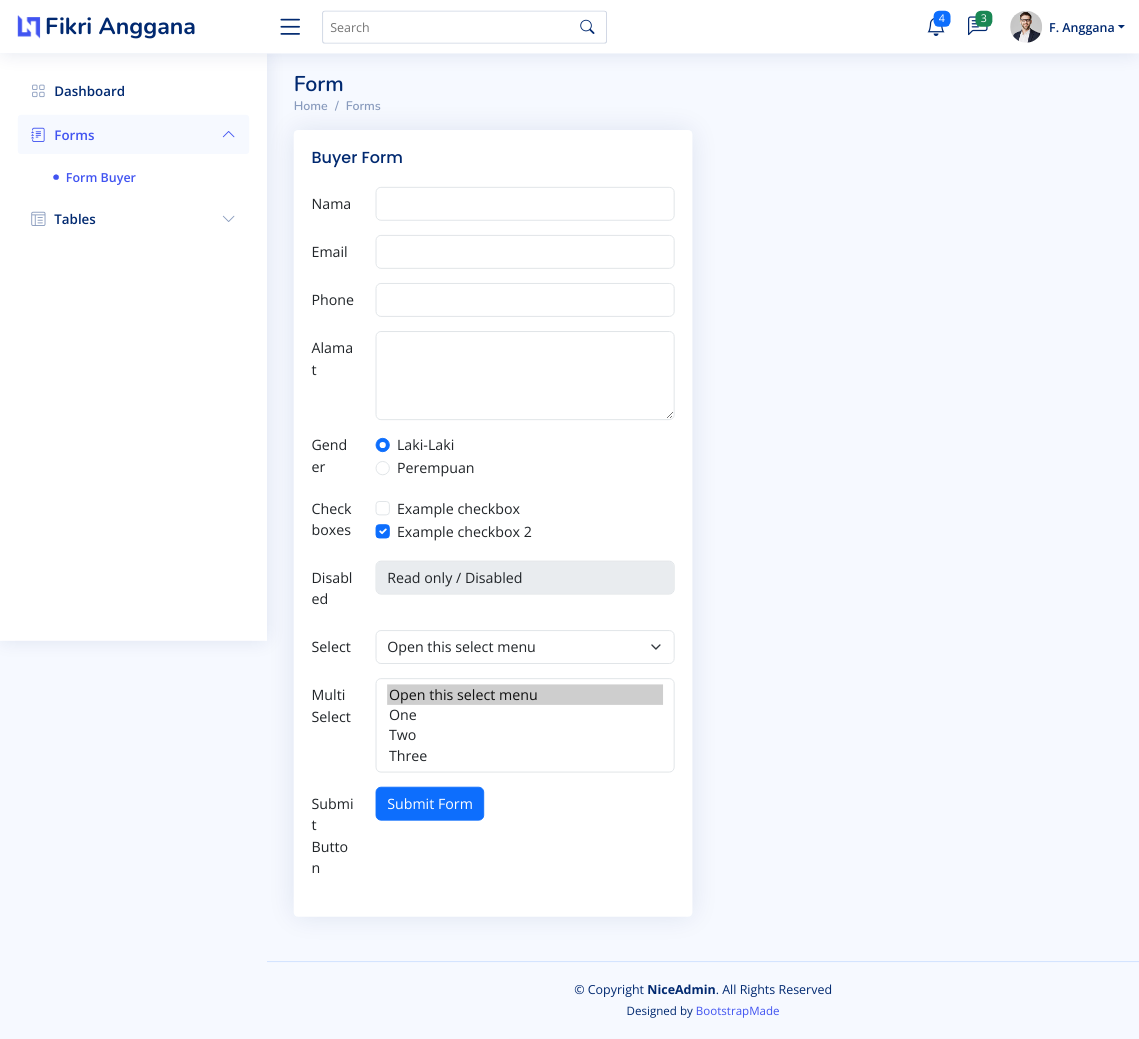
Repository: fikrianggana/PRG4_M2_P1_088
Page: NiceAdmin/forms-elements.html
These files come from the project's save history. The page is drawn as it stood at one moment and after the next save; the edit follows.
The browser window is 1280 px wide. The pictures show the whole page, at 89% of full size.

Above is the page before, as saved 2023-09-19 23:33:10.

### NiceAdmin/forms-elements.html
<!DOCTYPE html>
<html lang="en">

<head>
  <meta charset="utf-8">
  <meta content="width=device-width, initial-scale=1.0" name="viewport">

  <title>Forms / Elements - NiceAdmin Bootstrap Template</title>
  <meta content="" name="description">
  <meta content="" name="keywords">

  <!-- Favicons -->
  <link href="assets/img/favicon.png" rel="icon">
  <link href="assets/img/apple-touch-icon.png" rel="apple-touch-icon">

  <!-- Google Fonts -->
  <link href="https://fonts.gstatic.com" rel="preconnect">
  <link href="https://fonts.googleapis.com/css?family=Open+Sans:300,300i,400,400i,600,600i,700,700i|Nunito:300,300i,400,400i,600,600i,700,700i|Poppins:300,300i,400,400i,500,500i,600,600i,700,700i" rel="stylesheet">

  <!-- Vendor CSS Files -->
  <link href="assets/vendor/bootstrap/css/bootstrap.min.css" rel="stylesheet">
  <link href="assets/vendor/bootstrap-icons/bootstrap-icons.css" rel="stylesheet">
  <link href="assets/vendor/boxicons/css/boxicons.min.css" rel="stylesheet">
  <link href="assets/vendor/quill/quill.snow.css" rel="stylesheet">
  <link href="assets/vendor/quill/quill.bubble.css" rel="stylesheet">
  <link href="assets/vendor/remixicon/remixicon.css" rel="stylesheet">
  <link href="assets/vendor/simple-datatables/style.css" rel="stylesheet">

  <!-- Template Main CSS File -->
  <link href="assets/css/style.css" rel="stylesheet">

  <!-- =======================================================
  * Template Name: NiceAdmin
  * Updated: Aug 30 2023 with Bootstrap v5.3.1
  * Template URL: https://bootstrapmade.com/nice-admin-bootstrap-admin-html-template/
  * Author: BootstrapMade.com
  * License: https://bootstrapmade.com/license/
  ======================================================== -->
</head>

<body>

  <!-- ======= Header ======= -->
  <header id="header" class="header fixed-top d-flex align-items-center">

    <div class="d-flex align-items-center justify-content-between">
      <a href="index.html" class="logo d-flex align-items-center">
        <img src="assets/img/logo.png" alt="">
        <span class="d-none d-lg-block">Fikri Anggana</span>
      </a>
      <i class="bi bi-list toggle-sidebar-btn"></i>
    </div><!-- End Logo -->

    <div class="search-bar">
      <form class="search-form d-flex align-items-center" method="POST" action="#">
        <input type="text" name="query" placeholder="Search" title="Enter search keyword">
        <button type="submit" title="Search"><i class="bi bi-search"></i></button>
      </form>
    </div><!-- End Search Bar -->

    <nav class="header-nav ms-auto">
      <ul class="d-flex align-items-center">

        <li class="nav-item d-block d-lg-none">
          <a class="nav-link nav-icon search-bar-toggle " href="#">
            <i class="bi bi-search"></i>
          </a>
        </li><!-- End Search Icon-->

        <li class="nav-item dropdown">

          <a class="nav-link nav-icon" href="#" data-bs-toggle="dropdown">
            <i class="bi bi-bell"></i>
            <span class="badge bg-primary badge-number">4</span>
          </a><!-- End Notification Icon -->

          <ul class="dropdown-menu dropdown-menu-end dropdown-menu-arrow notifications">
            <li class="dropdown-header">
              You have 4 new notifications
              <a href="#"><span class="badge rounded-pill bg-primary p-2 ms-2">View all</span></a>
            </li>
            <li>
              <hr class="dropdown-divider">
            </li>

            <li class="notification-item">
              <i class="bi bi-exclamation-circle text-warning"></i>
              <div>
                <h4>Lorem Ipsum</h4>
                <p>Quae dolorem earum veritatis oditseno</p>
                <p>30 min. ago</p>
              </div>
            </li>

            <li>
              <hr class="dropdown-divider">
            </li>

            <li class="notification-item">
              <i class="bi bi-x-circle text-danger"></i>
              <div>
                <h4>Atque rerum nesciunt</h4>
                <p>Quae dolorem earum veritatis oditseno</p>
                <p>1 hr. ago</p>
              </div>
            </li>

            <li>
              <hr class="dropdown-divider">
            </li>

            <li class="notification-item">
              <i class="bi bi-check-circle text-success"></i>
              <div>
                <h4>Sit rerum fuga</h4>
                <p>Quae dolorem earum veritatis oditseno</p>
                <p>2 hrs. ago</p>
              </div>
            </li>

            <li>
              <hr class="dropdown-divider">
            </li>

            <li class="notification-item">
              <i class="bi bi-info-circle text-primary"></i>
              <div>
                <h4>Dicta reprehenderit</h4>
                <p>Quae dolorem earum veritatis oditseno</p>
                <p>4 hrs. ago</p>
              </div>
            </li>

            <li>
              <hr class="dropdown-divider">
            </li>
            <li class="dropdown-footer">
              <a href="#">Show all notifications</a>
            </li>

          </ul><!-- End Notification Dropdown Items -->

        </li><!-- End Notification Nav -->

        <li class="nav-item dropdown">

          <a class="nav-link nav-icon" href="#" data-bs-toggle="dropdown">
            <i class="bi bi-chat-left-text"></i>
            <span class="badge bg-success badge-number">3</span>
          </a><!-- End Messages Icon -->

          <ul class="dropdown-menu dropdown-menu-end dropdown-menu-arrow messages">
            <li class="dropdown-header">
              You have 3 new messages
              <a href="#"><span class="badge rounded-pill bg-primary p-2 ms-2">View all</span></a>
            </li>
            <li>
              <hr class="dropdown-divider">
            </li>

            <li class="message-item">
              <a href="#">
                <img src="assets/img/messages-1.jpg" alt="" class="rounded-circle">
                <div>
                  <h4>Maria Hudson</h4>
                  <p>Velit asperiores et ducimus soluta repudiandae labore officia est ut...</p>
                  <p>4 hrs. ago</p>
                </div>
              </a>
            </li>
            <li>
              <hr class="dropdown-divider">
            </li>

            <li class="message-item">
              <a href="#">
                <img src="assets/img/messages-2.jpg" alt="" class="rounded-circle">
                <div>
                  <h4>Anna Nelson</h4>
                  <p>Velit asperiores et ducimus soluta repudiandae labore officia est ut...</p>
                  <p>6 hrs. ago</p>
                </div>
              </a>
            </li>
            <li>
              <hr class="dropdown-divider">
            </li>

            <li class="message-item">
              <a href="#">
                <img src="assets/img/messages-3.jpg" alt="" class="rounded-circle">
                <div>
                  <h4>David Muldon</h4>
                  <p>Velit asperiores et ducimus soluta repudiandae labore officia est ut...</p>
                  <p>8 hrs. ago</p>
                </div>
              </a>
            </li>
            <li>
              <hr class="dropdown-divider">
            </li>

            <li class="dropdown-footer">
              <a href="#">Show all messages</a>
            </li>

          </ul><!-- End Messages Dropdown Items -->

        </li><!-- End Messages Nav -->

        <li class="nav-item dropdown pe-3">

          <a class="nav-link nav-profile d-flex align-items-center pe-0" href="#" data-bs-toggle="dropdown">
            <img src="assets/img/profile-img.jpg" alt="Profile" class="rounded-circle">
            <span class="d-none d-md-block dropdown-toggle ps-2">F. Anggana</span>
          </a><!-- End Profile Iamge Icon -->

          <ul class="dropdown-menu dropdown-menu-end dropdown-menu-arrow profile">
            <li class="dropdown-header">
              <h6>Fikri Anggana</h6>
              <span>Network Engineer</span>
            </li>
            <li>
              <hr class="dropdown-divider">
            </li>

            <li>
              <a class="dropdown-item d-flex align-items-center" href="users-profile.html">
                <i class="bi bi-person"></i>
                <span>My Profile</span>
              </a>
            </li>
            <li>
              <hr class="dropdown-divider">
            </li>

            <li>
              <a class="dropdown-item d-flex align-items-center" href="users-profile.html">
                <i class="bi bi-gear"></i>
                <span>Account Settings</span>
              </a>
            </li>
            <li>
              <hr class="dropdown-divider">
            </li>

            <li>
              <a class="dropdown-item d-flex align-items-center" href="pages-faq.html">
                <i class="bi bi-question-circle"></i>
                <span>Need Help?</span>
              </a>
            </li>
            <li>
              <hr class="dropdown-divider">
            </li>

            <li>
              <a class="dropdown-item d-flex align-items-center" href="#">
                <i class="bi bi-box-arrow-right"></i>
                <span>Sign Out</span>
              </a>
            </li>

          </ul><!-- End Profile Dropdown Items -->
        </li><!-- End Profile Nav -->

      </ul>
    </nav><!-- End Icons Navigation -->

  </header><!-- End Header -->

  <!-- ======= Sidebar ======= -->
  <aside id="sidebar" class="sidebar">

    <ul class="sidebar-nav" id="sidebar-nav">

      <li class="nav-item">
        <a class="nav-link collapsed" href="index.html">
          <i class="bi bi-grid"></i>
          <span>Dashboard</span>
        </a>
      </li><!-- End Dashboard Nav -->


      <li class="nav-item">
        <a class="nav-link " data-bs-target="#forms-nav" data-bs-toggle="collapse" href="#">
          <i class="bi bi-journal-text"></i><span>Forms</span><i class="bi bi-chevron-down ms-auto"></i>
        </a>
        <ul id="forms-nav" class="nav-content collapse show" data-bs-parent="#sidebar-nav">
          <li>
            <a href="forms-elements.html" class="active">
              <i class="bi bi-circle"></i><span>Form Buyer</span>
            </a>
          </li>
        </ul>
      </li><!-- End Forms Nav -->

      <li class="nav-item">
        <a class="nav-link collapsed" data-bs-target="#tables-nav" data-bs-toggle="collapse" href="#">
          <i class="bi bi-layout-text-window-reverse"></i><span>Tables</span><i class="bi bi-chevron-down ms-auto"></i>
        </a>
        <ul id="tables-nav" class="nav-content collapse " data-bs-parent="#sidebar-nav">

          <li>
            <a href="tables-data.html">
              <i class="bi bi-circle"></i><span>Data Tables</span>
            </a>
          </li>
        </ul>
      </li><!-- End Tables Nav -->
    </ul>

  </aside><!-- End Sidebar-->

  <main id="main" class="main">

    <div class="pagetitle">
      <h1>Form</h1>
      <nav>
        <ol class="breadcrumb">
          <li class="breadcrumb-item"><a href="index.html">Home</a></li>
          <li class="breadcrumb-item">Forms</li>
        </ol>
      </nav>
    </div><!-- End Page Title -->

    <section class="section">
      <div class="row">
        <div class="col-lg-6">

          <div class="card">
            <div class="card-body">
              <h5 class="card-title">Buyer Form</h5>

              <!-- General Form Elements -->
              <form>
                <div class="row mb-3">
                  <label for="inputText" class="col-sm-2 col-form-label">Nama</label>
                  <div class="col-sm-10">
                    <input type="text" class="form-control">
                  </div>
                </div>
                <div class="row mb-3">
                  <label for="inputPassword" class="col-sm-2 col-form-label">Email</label>
                  <div class="col-sm-10">
                    <input type="password" class="form-control">
                  </div>
                </div>
                <div class="row mb-3">
                  <label for="inputNumber" class="col-sm-2 col-form-label">Phone</label>
                  <div class="col-sm-10">
                    <input type="number" class="form-control">
                  </div>
                </div>
                <div class="row mb-3">
                  <label for="inputPassword" class="col-sm-2 col-form-label">Alamat</label>
                  <div class="col-sm-10">
                    <textarea class="form-control" style="height: 100px"></textarea>
                  </div>
                </div>
                <fieldset class="row mb-3">
                  <legend class="col-form-label col-sm-2 pt-0">Gender</legend>
                  <div class="col-sm-10">
                    <div class="form-check">
                      <input class="form-check-input" type="radio" name="gridRadios" id="Laki-Laki" value="Laki-Laki" checked>
                      <label class="form-check-label" for="gridRadios1">
                        Laki-Laki
                      </label>
                    </div>
                    <div class="form-check">
                      <input class="form-check-input" type="radio" name="gridRadios" id="Perempuan" value="Perempuan">
                      <label class="form-check-label" for="gridRadios2">
                        Perempuan
                      </label>
                    </div>
                  </div>
                </fieldset>
                <div class="row mb-3">
                  <legend class="col-form-label col-sm-2 pt-0">Checkboxes</legend>
                  <div class="col-sm-10">

                    <div class="form-check">
                      <input class="form-check-input" type="checkbox" id="gridCheck1">
                      <label class="form-check-label" for="gridCheck1">
                        Example checkbox
                      </label>
                    </div>

                    <div class="form-check">
                      <input class="form-check-input" type="checkbox" id="gridCheck2" checked>
                      <label class="form-check-label" for="gridCheck2">
                        Example checkbox 2
                      </label>
                    </div>

                  </div>
                </div>

                <div class="row mb-3">
                  <label class="col-sm-2 col-form-label">Disabled</label>
                  <div class="col-sm-10">
                    <input type="text" class="form-control" value="Read only / Disabled" disabled>
                  </div>
                </div>

                <div class="row mb-3">
                  <label class="col-sm-2 col-form-label">Select</label>
                  <div class="col-sm-10">
                    <select class="form-select" aria-label="Default select example">
                      <option selected>Open this select menu</option>
                      <option value="1">One</option>
                      <option value="2">Two</option>
                      <option value="3">Three</option>
                    </select>
                  </div>
                </div>

                <div class="row mb-3">
                  <label class="col-sm-2 col-form-label">Multi Select</label>
                  <div class="col-sm-10">
                    <select class="form-select" multiple aria-label="multiple select example">
                      <option selected>Open this select menu</option>
                      <option value="1">One</option>
                      <option value="2">Two</option>
                      <option value="3">Three</option>
                    </select>
                  </div>
                </div>

                <div class="row mb-3">
                  <label class="col-sm-2 col-form-label">Submit Button</label>
                  <div class="col-sm-10">
                    <button type="submit" class="btn btn-primary">Submit Form</button>
                  </div>
                </div>

              </form><!-- End General Form Elements -->

            </div>
          </div>
        </div>
      </div>
    </section>

  </main><!-- End #main -->

  <!-- ======= Footer ======= -->
  <footer id="footer" class="footer">
    <div class="copyright">
      &copy; Copyright <strong><span>NiceAdmin</span></strong>. All Rights Reserved
    </div>
    <div class="credits">
      <!-- All the links in the footer should remain intact. -->
      <!-- You can delete the links only if you purchased the pro version. -->
      <!-- Licensing information: https://bootstrapmade.com/license/ -->
      <!-- Purchase the pro version with working PHP/AJAX contact form: https://bootstrapmade.com/nice-admin-bootstrap-admin-html-template/ -->
      Designed by <a href="https://bootstrapmade.com/">BootstrapMade</a>
    </div>
  </footer><!-- End Footer -->

  <a href="#" class="back-to-top d-flex align-items-center justify-content-center"><i class="bi bi-arrow-up-short"></i></a>

  <!-- Vendor JS Files -->
  <script src="assets/vendor/apexcharts/apexcharts.min.js"></script>
  <script src="assets/vendor/bootstrap/js/bootstrap.bundle.min.js"></script>
  <script src="assets/vendor/chart.js/chart.umd.js"></script>
  <script src="assets/vendor/echarts/echarts.min.js"></script>
  <script src="assets/vendor/quill/quill.min.js"></script>
  <script src="assets/vendor/simple-datatables/simple-datatables.js"></script>
  <script src="assets/vendor/tinymce/tinymce.min.js"></script>
  <script src="assets/vendor/php-email-form/validate.js"></script>

  <!-- Template Main JS File -->
  <script src="assets/js/main.js"></script>

</body>

</html>

Loaded but not shown: NiceAdmin/assets/vendor/bootstrap/css/bootstrap.min.css (library); NiceAdmin/assets/vendor/bootstrap-icons/bootstrap-icons.css (library); NiceAdmin/assets/vendor/boxicons/css/boxicons.min.css (library); NiceAdmin/assets/vendor/quill/quill.snow.css (library); NiceAdmin/assets/vendor/quill/quill.bubble.css (library); NiceAdmin/assets/vendor/remixicon/remixicon.css (library); NiceAdmin/assets/vendor/simple-datatables/style.css (library); NiceAdmin/assets/vendor/apexcharts/apexcharts.min.js (library); NiceAdmin/assets/vendor/bootstrap/js/bootstrap.bundle.min.js (library); NiceAdmin/assets/vendor/chart.js/chart.umd.js (library); NiceAdmin/assets/vendor/echarts/echarts.min.js (library); NiceAdmin/assets/vendor/quill/quill.min.js (library); NiceAdmin/assets/vendor/simple-datatables/simple-datatables.js (library); NiceAdmin/assets/vendor/tinymce/tinymce.min.js (library); NiceAdmin/assets/vendor/php-email-form/validate.js (common file); NiceAdmin/assets/js/main.js (321 lines, source omitted); NiceAdmin/assets/css/style.css (1233 lines, source omitted)

After the next save:
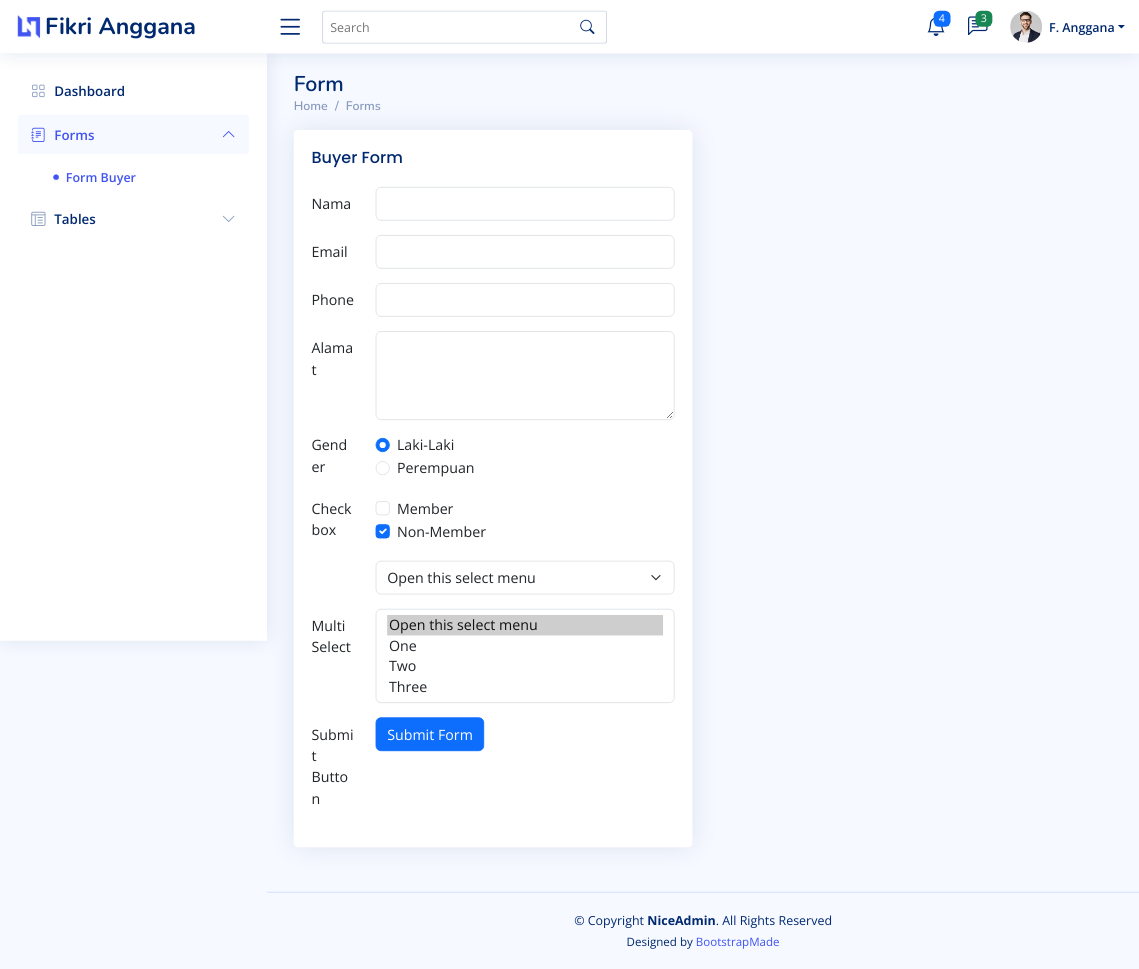
Saved 71 s later.
--- a/NiceAdmin/forms-elements.html
+++ b/NiceAdmin/forms-elements.html
@@ -376,20 +376,20 @@
                   </div>
                 </fieldset>
                 <div class="row mb-3">
-                  <legend class="col-form-label col-sm-2 pt-0">Checkboxes</legend>
+                  <legend class="col-form-label col-sm-2 pt-0">Checkbox</legend>
                   <div class="col-sm-10">
 
                     <div class="form-check">
                       <input class="form-check-input" type="checkbox" id="gridCheck1">
                       <label class="form-check-label" for="gridCheck1">
-                        Example checkbox
+                        Member
                       </label>
                     </div>
 
                     <div class="form-check">
                       <input class="form-check-input" type="checkbox" id="gridCheck2" checked>
                       <label class="form-check-label" for="gridCheck2">
-                        Example checkbox 2
+                        Non-Member
                       </label>
                     </div>
 
@@ -397,14 +397,7 @@
                 </div>
 
                 <div class="row mb-3">
-                  <label class="col-sm-2 col-form-label">Disabled</label>
-                  <div class="col-sm-10">
-                    <input type="text" class="form-control" value="Read only / Disabled" disabled>
-                  </div>
-                </div>
-
-                <div class="row mb-3">
-                  <label class="col-sm-2 col-form-label">Select</label>
+                  <label class="col-sm-2 col-form-label"></label>
                   <div class="col-sm-10">
                     <select class="form-select" aria-label="Default select example">
                       <option selected>Open this select menu</option>
